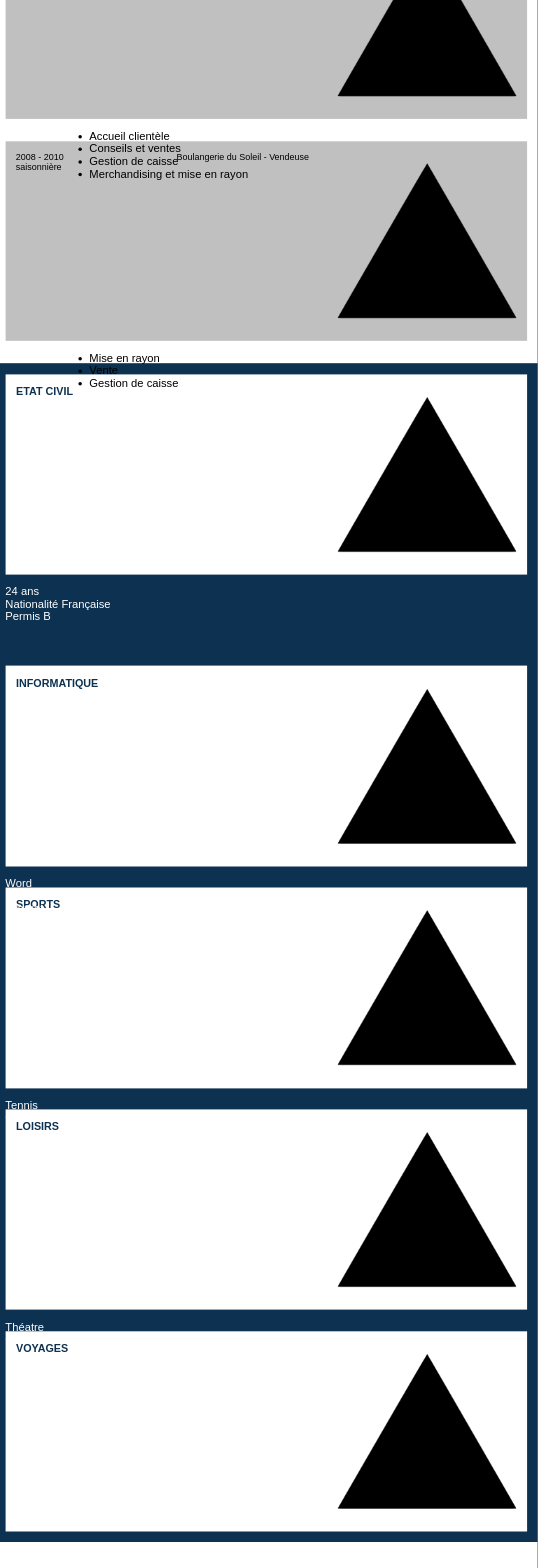
Repository: evalwebmeteofullstack/Gestion_meteo
Page: Notes/Exercices/static/ExoCV/CV.html
An editor plug-in stored every save of this project. The page is shown before and after the next save, followed by the edit.
The browser window is 768 px wide. The pictures show the part of the page from y = 847 to 3087 px (the page is 3087 px tall before and 3037 px after), at 70% of full size.
The first `#CkCiv` is checked.

Above is the page before, as saved 2019-01-29 15:33:57.

### Notes/Exercices/static/ExoCV/CV.html
<!DOCTYPE html5>
<link rel="stylesheet" type="text/css" type="text/css"
	href="StyleCV.css" />
<meta charset="ISO-8859-1">
<meta name="viewport"
	content="user-scalable=no,initial-scale=1, minimum-scale=1, maximum-scale=1, width=device-width">
<html lang="fr">
<head>
<title>CV Alexandra Billu</title>
</head>
<body>
	<!-- *********************************************************************************** -->
	<!-- 								PREMIERE DIV 										-->
	<!-- *********************************************************************************** -->
	<header id="titre">
		<h1>Responsable Point de Vente Prêt à Porter</h1>
	</header>
	<!-- *********************************************************************************** -->
	<!-- 								DEUXIEME DIV 										-->
	<!-- *********************************************************************************** -->
	<div id="divID">
		<header id="imgObe">
			<img src="../Images/obelix-little.gif" />
		</header>
		<article>
			<header>
				<h2>Obelix POTTER</h2>
			</header>
			<p>12, rue Saint-Rome - 31000 Toulouse</p>
			<p>05 61 06 06 06</p>
			<p>06 62 43 56 12</p>
			<p>alex21.billu@gmail.com</p>
		</article>
	</div>
	<!-- *********************************************************************************** -->
	<!-- 								TROISIEME DIV 										-->
	<!-- *********************************************************************************** -->
	<div id="divPro">
		<!-- *********************************************************************************** -->
		<!-- 								SECTION 1 										-->
		<!-- *********************************************************************************** -->
		<section>
			<header>
				<h2>FORMATION</h2>
			</header>
			<article>
				<header>
					<span>Sept 2012 - Juin 2014</span> <span><b>BTS Commerce</b></span>
				</header>
				<p>En alternance à Toulouse</p>
			</article>
			<br />
			<article>
				<header>
					<span>Sept 2010 - Juin 2011</span> <span><b>Baccalauréat
							STMG</b></span>
				</header>
				<p>Lycée Emilie de Rodat à Toulouse</p>
			</article>
		</section>
		<!-- *********************************************************************************** -->
		<!-- 								SECTION 2 										-->
		<!-- *********************************************************************************** -->
		<section id="sectExp">
			<header>
				<h2>EXPERIENCES PROFESSIONNELLES</h2>
			</header>
			<article>
				<label for="CkExp1">
					<span>Jan 2014 - Juin 2014</span> <span>Desigual -
						Responsable Point de Vente</span><img class="triangle"
						src="../Images/triangle-png-6.png">
				</label>
				<input type="checkbox" id="CkExp1">
				<ul id="Ul1">
					<li>Encadrement des 6 vendeuses</li>
					<li>Gestion de l'espace de vente</li>
					<li>Mise en valeur des nouvelles collections</li>
					<li>Interface avec le Siège</li>
				</ul>
			</article>
			<article>
				<label for="CkExp2">
					<span>Sept 2011 - Juin 2012</span> <span>Zara - Vendeuse
						Prêt à Porter</span><img class="triangle"
						src="../Images/triangle-png-6.png">
				</label>
				<input type="checkbox" id="CkExp2">
				<ul id="Ul2">
					<li>Accueil clientèle</li>
					<li>Conseils et ventes</li>
					<li>Gestion de caisse</li>
					<li>Merchandising et mise en rayon</li>
				</ul>
			</article>
			<article>
				<label for="CkExp3">
					<span>2008 - 2010 <br />saisonnière
					</span> <span>Boulangerie du Soleil - Vendeuse</span> <img
						class="triangle" src="../Images/triangle-png-6.png">
				</label>
				<input type="checkbox" id="CkExp3">
				<ul id="Ul3">
					<li>Mise en rayon</li>
					<li>Vente</li>
					<li>Gestion de caisse</li>
				</ul>
			</article>
		</section>
	</div>
	<!-- *********************************************************************************** -->
	<!-- 								QUATRIEME DIV 										-->
	<!-- *********************************************************************************** -->
	<div id="divDivers">
		<!-- **********************************************************************************-->
		<!-- 								SECTION 1								-->
		<!-- *********************************************************************************** -->
		<article>
			<label for="CkCiv">ETAT CIVIL<img class="triangle"
				src="../Images/triangle-png-6.png">
			</label> <input type="checkbox" id="CkCiv">
			<div id="divPCiv">
				<p>24 ans</p>
				<p>Nationalité Française</p>
				<p>Permis B</p>
			</div>
		</article>
		<article>
			<label for="CkInfo">INFORMATIQUE<img class="triangle"
				src="../Images/triangle-png-6.png">
			</label> <input type="checkbox" id="CkInfo">
			<div id="divPInfo">
				<p>Word</p>
				<p>Excel</p>
				<p>Internet</p>
			</div>
		</article>
		<article>
			<label for="CkSport">SPORTS<img class="triangle"
				src="../Images/triangle-png-6.png">

			</label> <input type="checkbox" id="CkSport">
			<div id="divPSport">
				<p>Tennis</p>
				<p>Golf</p>
			</div>
		</article>
		<article>
			<label for="CkLoisir">LOISIRS<img class="triangle"
				src="../Images/triangle-png-6.png">
			</label><input type="checkbox" id="CkLoisir">
			<div id="divPLoisir">
				<p>Théatre</p>
				<p>Cinéma</p>
			</div>
		</article>
		<article>
			<label for="CkVoyage"> VOYAGES<img class="triangle"
				src="../Images/triangle-png-6.png">
			</label><input type="checkbox" id="CkVoyage">
			<div id="divPVoyage">
				<p>Brésil</p>
				<p>Australie</p>
				<p>Argentine</p>
			</div>
		</article>
	</div>
</body>
</html>

### Notes/Exercices/static/ExoCV/StyleCV.css
* {
	box-sizing: border-box;
}

body {
	display: flex;
	flex-direction: row;
	flex-wrap: wrap;
	justify-content: flex-end;
	width: 100%;
	margin: 0;
	font-family: sans-serif;
}

p {
	margin: 0%;
}

h1 {
	margin: 0;
}

#imgObe {
	text-align: center;
}

#imgObe img {
	border: 0.3em solid #c0c0c0;
	border-radius: 0.4em;
}

#titre {
	width: 80%;
	font-size: 1.5em;
	padding-left: 1%;
	margin-bottom: 18%;
}

#divID {
	display: flex;
	flex-direction: column;
	width: 20%;
	background-color: #0D3150;
	color: #ffffff;
	border-bottom: 2px solid #c0c0c0;
	padding-bottom: 1%;
	padding-top: 1%;
	padding-left: 1%;
}

#divID article {
	padding-top: 1%;
}

#divPro {
	display: flex;
	flex-direction: column;
	width: 80%;
	margin-top: -18%;
	padding-left: 1%;
	padding-right: 2%;
	left: 0;
}

#divPro p {
	margin-left: 10em;
}

div section h2 {
	color: #ffffff;
	background-color: #0D3150;
	padding-left: 1%;
	font-size: 1.8em;
}

#sectExp article label {
	background-color: #c0c0c0;
	display: flex;
	flex-direction: row;
}

#sectExp article span {
	width: 70%;
}

#sectExp article ul {
	margin-left: 5em;
}

#divDivers {
	display: flex;
	flex-direction: column;
	width: 20%;
	background-color: #0D3150;
	color: #ffffff;
	padding-left: 1%;
}

#divDivers label {
	color: #0D3150;
	background-color: #ffffff;
	margin-right: 2%;
	padding-left: 1%;
	font-size: 1.2em;
	font-weight: bold;
}

.triangle {
	height: 0;
	opacity: 0;
}

#CkCiv {
	height: 0;
	opacity: 0;
}

#CkInfo {
	height: 0;
	opacity: 0;
}

#CkSport {
	height: 0;
	opacity: 0;
}

#CkLoisir {
	height: 0;
	opacity: 0;
}

#CkVoyage {
	height: 0;
	opacity: 0;
}

#CkExp1 {
	height: 0;
	opacity: 0;
}

#CkExp2 {
	height: 0;
	opacity: 0;
}

#CkExp3 {
	height: 0;
	opacity: 0;
}

@media screen and (min-width : 250px) and (max-width: 900px) {
	body {
		display: flex;
		flex-direction: column;
		font-size: 0.8em;
	}
	#divPro section header h2 {
		color: #ffffff;
		background-color: #0D3150;
		padding-left: 2%;
		font-size: 1.5em;
	}
	#sectExp article label {
		padding: 2%;
		margin-top: 2%;
		margin-bottom: 2%;
	}
	#imgObe {
		text-align: right;
		margin-right: 1%;
		background-color: pink;
	}
	#imgObe img {
		max-width: 100%;
		height: auto;
	}
	#titre {
		font-size: 1.2em;
		width: 100%;
		margin-bottom: 0%;
	}
	#divID {
		display: flex;
		flex-direction: row-reverse;
		justify-content: flex-end;
		width: 100%;
		color: black;
		background-color: #ffffff;
		border-bottom: 0;
	}
	#divID article {
		width: 80%;
	}
	#divID article header {
		color: #ffffff;
		background-color: #0D3150;
		padding-left: 2%;
		font-size: 1em;
	}
	#divPro {
		width: 100%;
		margin-top: 0%;
	}
	#divDivers {
		width: 100%;
	}
	#divDivers label {
		display: flex;
		justify-content: space-between;
		padding: 2%;
		margin-top: 2%;
		margin-bottom: 2%;
	}
	#sectExp article header {
		padding-right: 1%;
	}
	.triangle {
		height: 2%;
		opacity: 1;
	}
	input[type=checkbox] {
		display: none;
	}

	#sectExp article
	#Ul1,  #Ul2, #Ul3 {
		height: 0px;
		opacity: 0;
		transition: 1s;
	}

	#CkExp1:checked+#Ul1 {
		/*display: flex;
		flex-direction: column;*/
		height: 80px;
		opacity: 1;
		transition: 1s;
	}
	#CkExp2:checked+#Ul2 {
		height: 80px;
		opacity: 1;
		transition: 1s;
		/*animation: spin 2s;*/
	}
	#CkExp3:checked+#Ul3 {
		height: 80px;
		opacity: 1;
		transition: 1s;
	}
	#divDivers article
	#divPCiv, #divPInfo, #divPSport, #divPLoisir, #divPVoyage {
		height: 0;
		opacity: 0;
		transition: 1s;
	}
	#CkCiv:checked+#divPCiv {
		height: 100px;
		opacity: 1;
		transition: 1s;
	}
	#CkInfo:checked+#divPInfo {
		height: 100px;
		opacity: 1;
		transition: 1s;
	}
	#CkSport:checked+#divPSport {
		height: 100px;
		opacity: 1;
		transition: 1s;
	}
	#CkLoisir:checked+#divPLoisir {
		height: 100px;
		opacity: 1;
		transition: 1s;
	}
	#CkVoyage:checked+#divPVoyage {
		height: 100px;
		opacity: 1;
		transition: 1s;
	}
}

After the next save:
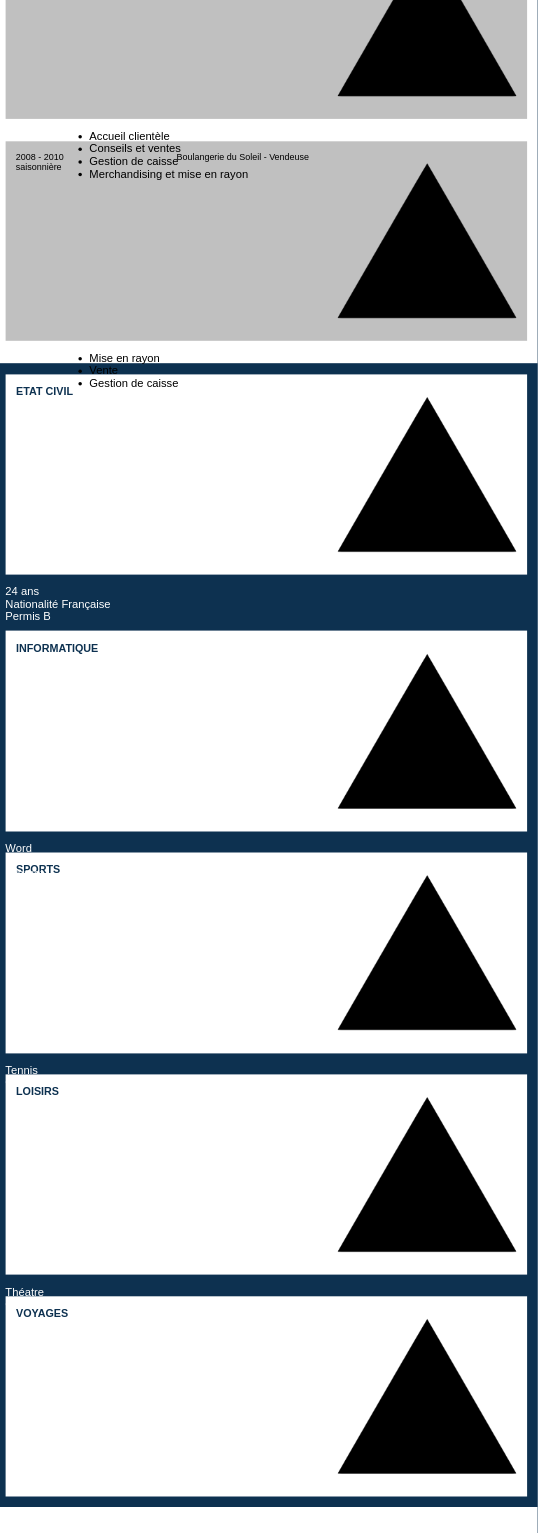
Saved 40 s later.
--- a/Notes/Exercices/static/ExoCV/StyleCV.css
+++ b/Notes/Exercices/static/ExoCV/StyleCV.css
@@ -256,28 +256,28 @@ div section h2 {
 		transition: 1s;
 	}
 	#CkCiv:checked+#divPCiv {
-		height: 100px;
+		height: 50px;
 		opacity: 1;
 		transition: 1s;
 	}
 	#CkInfo:checked+#divPInfo {
-		height: 100px;
+		height: 50px;
 		opacity: 1;
 		transition: 1s;
 	}
 	#CkSport:checked+#divPSport {
-		height: 100px;
+		height: 50px;
 		opacity: 1;
 		transition: 1s;
 	}
 	#CkLoisir:checked+#divPLoisir {
-		height: 100px;
+		height: 50px;
 		opacity: 1;
 		transition: 1s;
 	}
 	#CkVoyage:checked+#divPVoyage {
-		height: 100px;
-		opacity: 1;
-		transition: 1s;
-	}
-}
+		height: 50px;
+		opacity: 1;
+		transition: 1s;
+	}
+}
